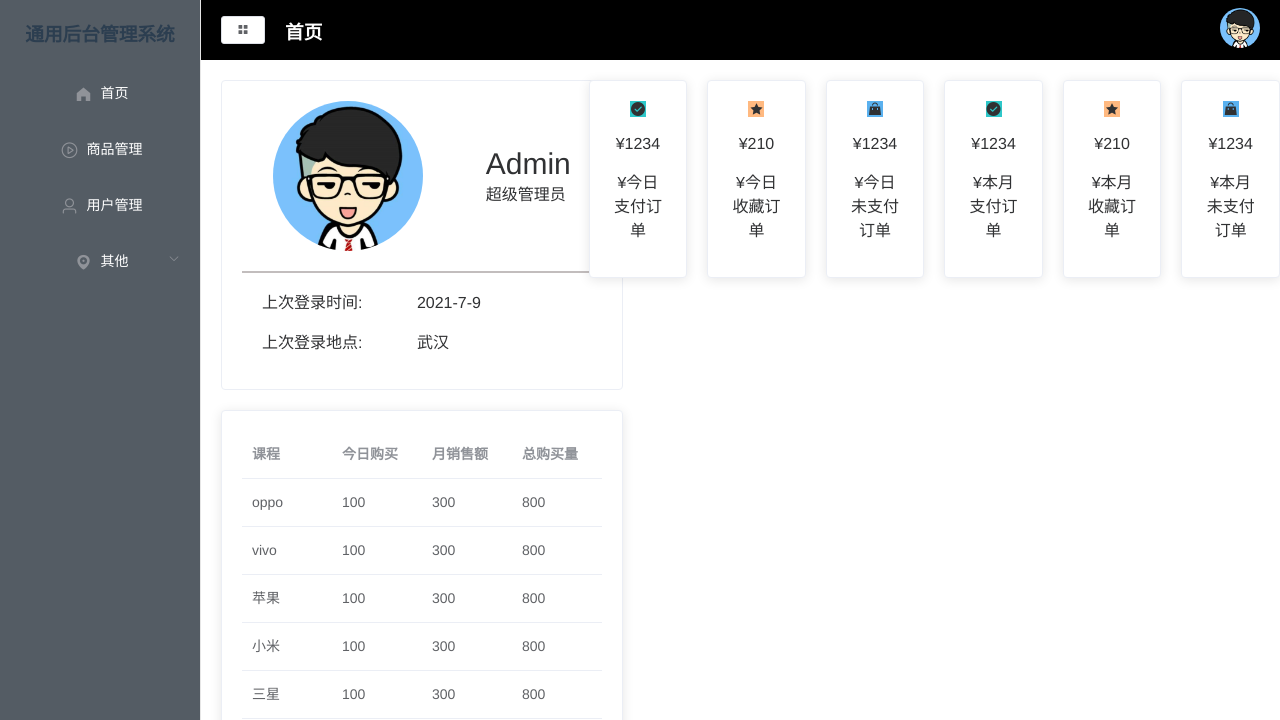
Repository: 385841539/VueStudy
Page: / (app in vue_cli/)
An editor plug-in stored every save of this project. The page is shown before and after the next save, followed by the edit.
The browser window is 1280 px wide. The pictures show the whole page.
An inner scrolling area shows only its first screen. The project was rebuilt for these pictures with package versions that can differ from the ones it lists, and the page was loaded fresh each time. Also part of the build but not shown: vue_cli/vue.config.js.

Above is the page before, as saved 2022-01-13 14:37:24.

After the next save:
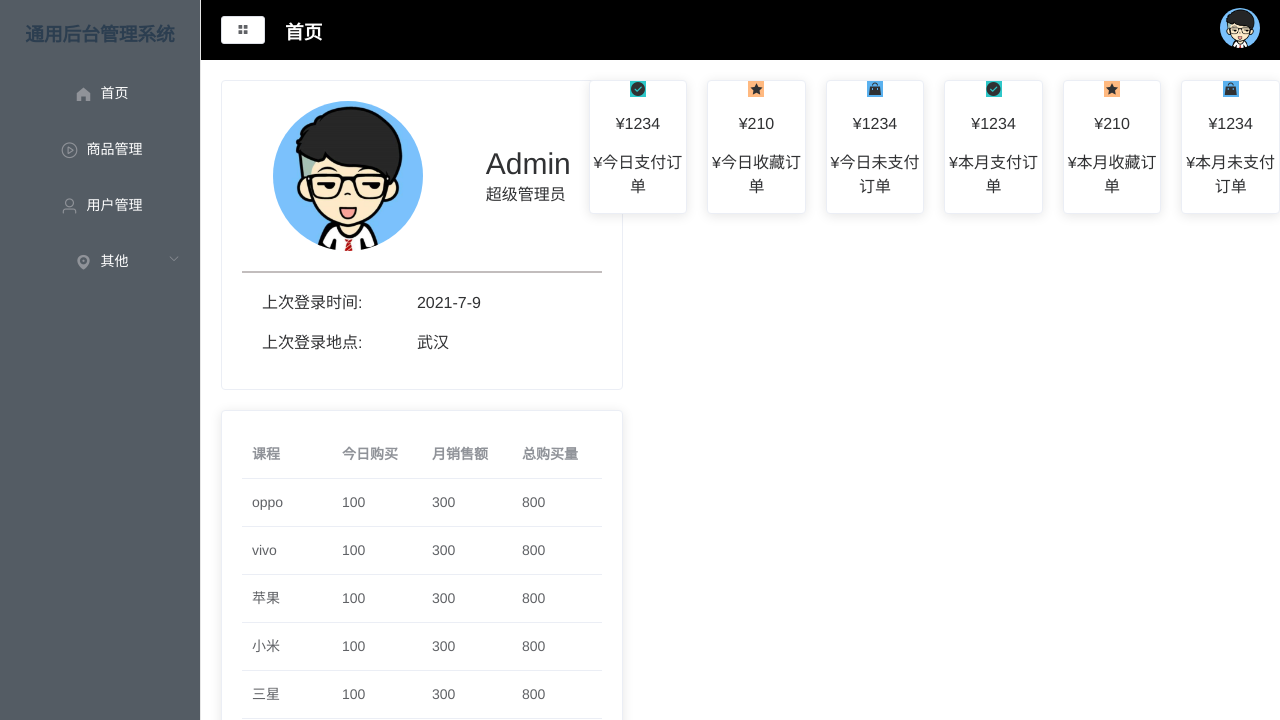
Saved 6 s later.
--- a/vue_cli/src/views/Home/Home.vue
+++ b/vue_cli/src/views/Home/Home.vue
@@ -39,7 +39,7 @@
             shandow="hover"
             v-for="item in countData"
             :key="item.name"
-            :body-style="{ display: flex, padding0 }"
+            :body-style="{ display: flex, padding: 0 }"
           >
             <i
               class="icon"
